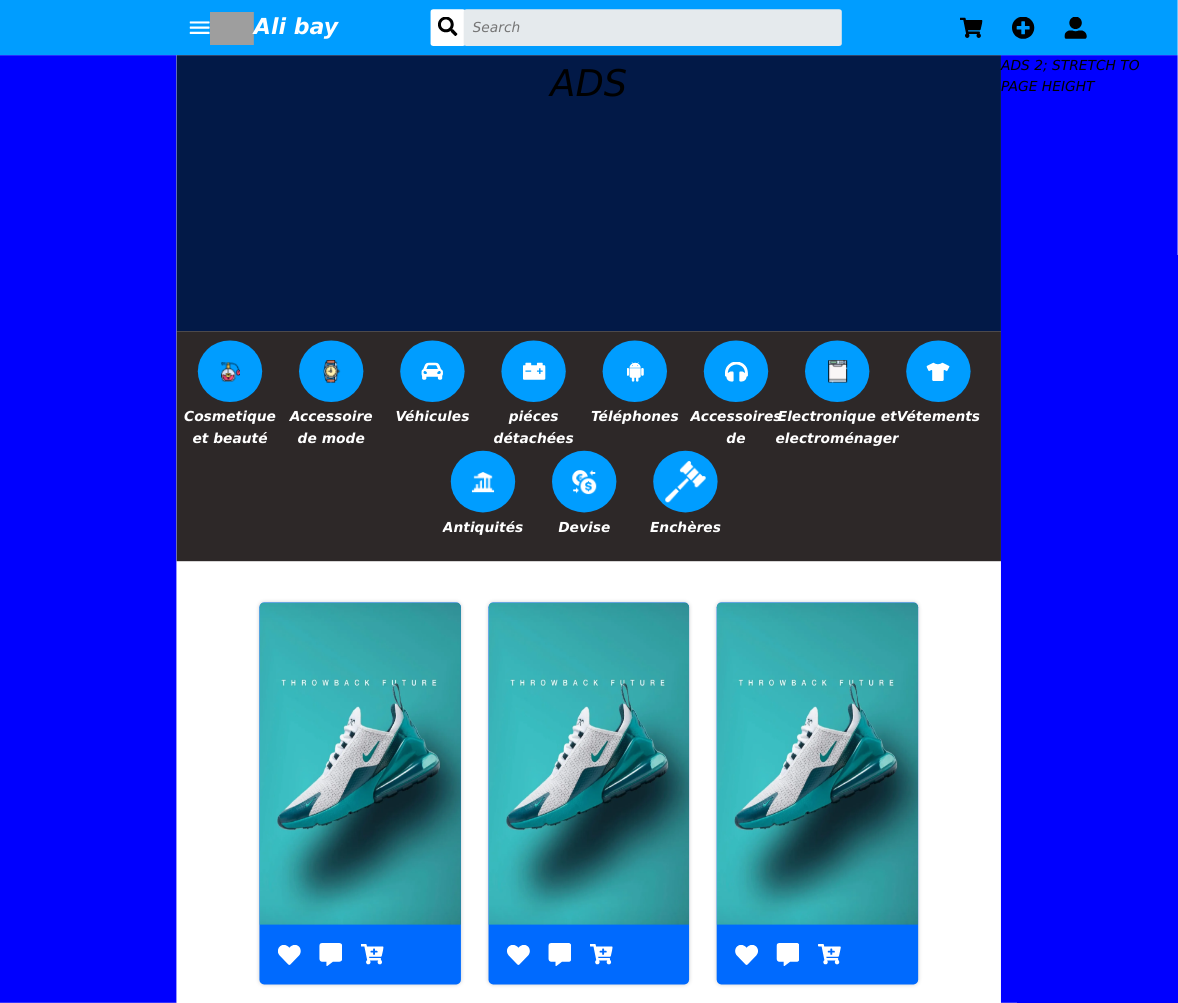
Repository: Aramys21/alibay-site
Page: home.html
An editor plug-in stored every save of this project. The page is shown before and after the next save, followed by the edit.
The browser window is 1280 px wide. The pictures show the whole page, at 92% of full size.
Pictures or frames that could not be fetched are drawn as grey boxes.

Above is the page before, as saved 2023-03-29 10:33:03.

After the next save:
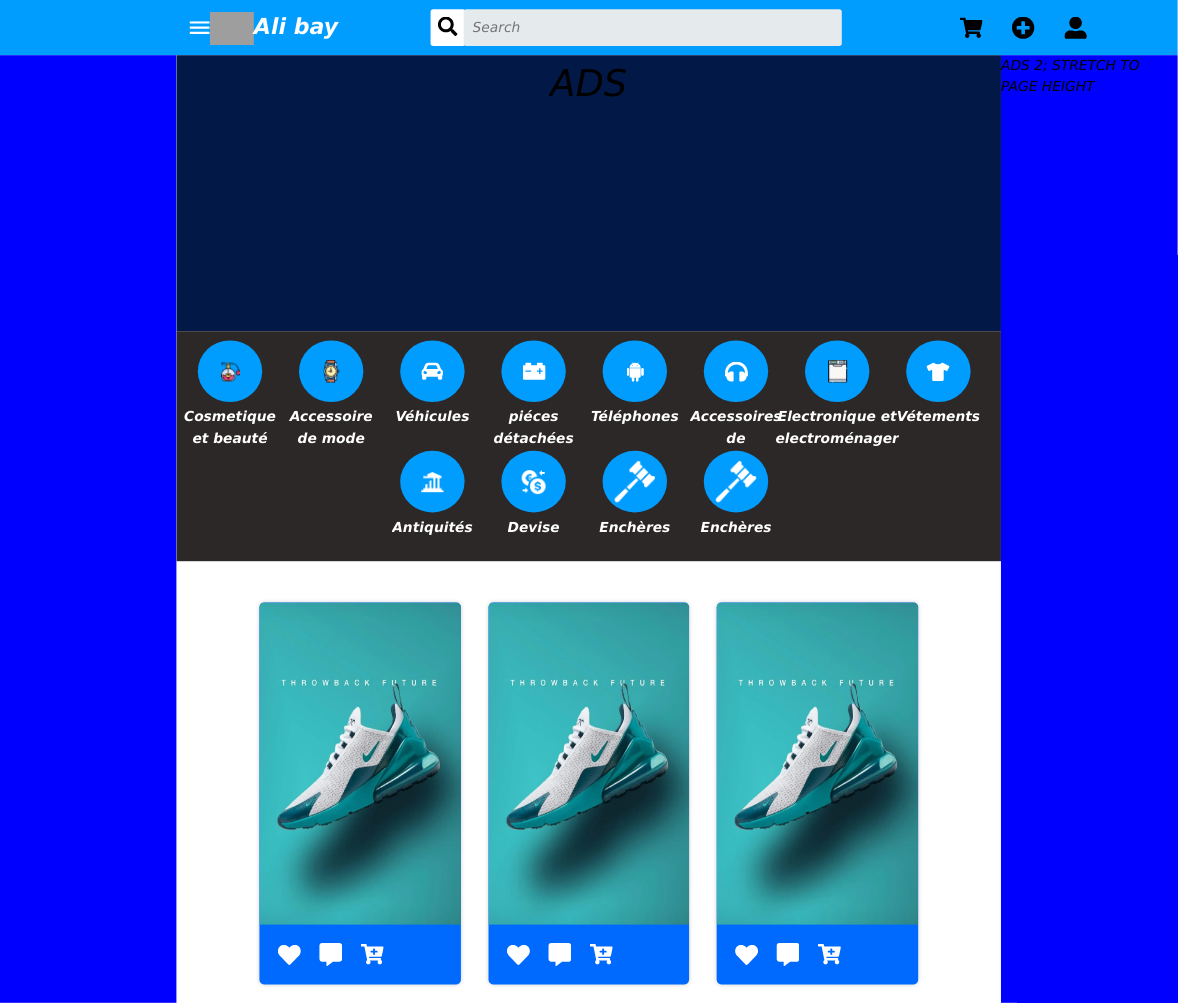
Saved 27 s later.
--- a/home.html
+++ b/home.html
@@ -180,6 +180,10 @@
 						<div class="category-icon"><img class="icn" src="src/icons/auction.png"></div>
 						<div class="category-text">Enchères</div>
 					</a>
+					<a href="vetements.html" class="category-link">
+						<div class="category-icon"><img class="icn" src="src/icons/auction.png"></div>
+						<div class="category-text">Enchères</div>
+					</a>
 				</div>
 
 				<!-- Products List  -->
